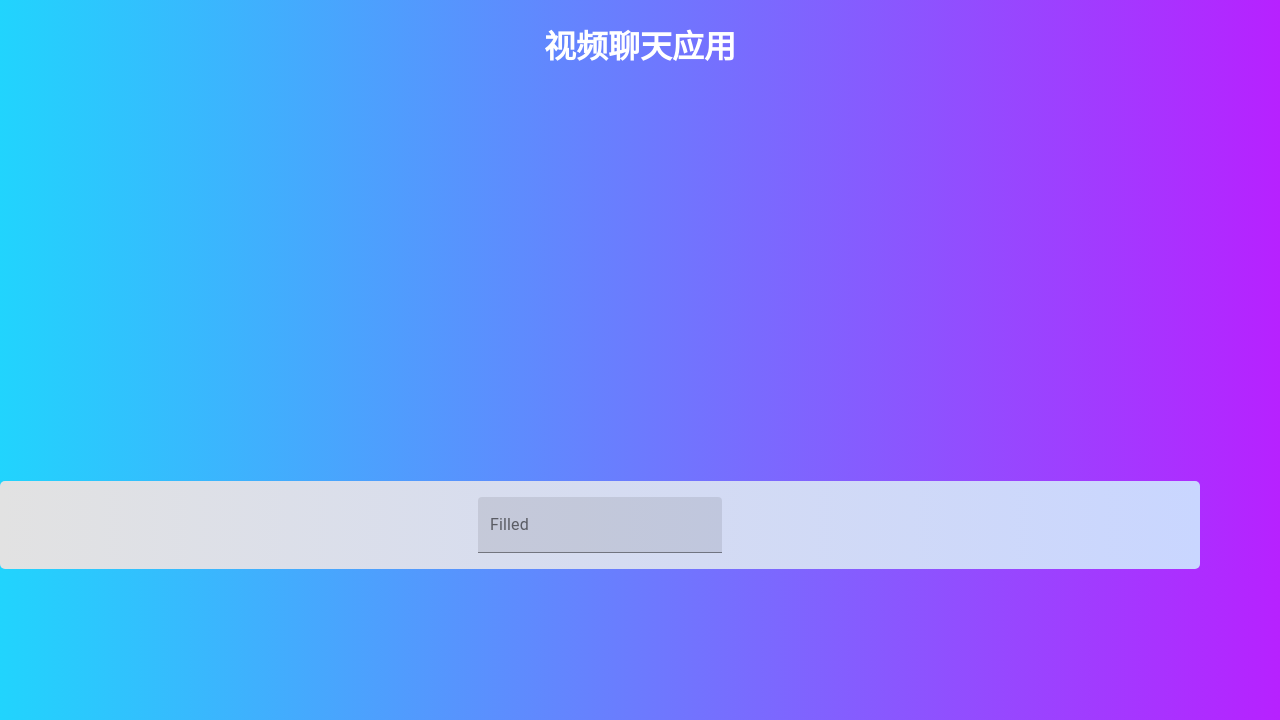
Repository: CodeFreedom-A/webRtc
Page: /
These files come from the project's save history. The page is drawn as it stood at one moment and after the next save; the edit follows.
The browser window is 1280 px wide. The pictures show the whole page.
The page's requests for data from a server got no answer. The project was rebuilt for these pictures with package versions that can differ from the ones it lists, and the page was loaded fresh each time. No one was signed in, and anything a server would have sent is missing.

Above is the page before, as saved 2022-12-21 17:12:07.

### src/App.js
/*
 * @Author: sunheng
 * @Date: 2022-12-21 15:50:22
 * @LastEditors: sunheng
 * @LastEditTime: 2022-12-21 17:12:07
 * @Description: 请填写简介
 */

import Button from "@material-ui/core/Button";
import IconButton from "@material-ui/core/IconButton";
import TextField from "@material-ui/core/TextField";
import AssignmentIcon from "@material-ui/icons/Assignment";
import PhoneIcon from "@material-ui/icons/Phone";
import React, { useEffect, useRef, useState } from "react";
import { CopyToClipboard } from "react-copy-to-clipboard";
import Peer from "simple-peer";
import io from "socket.io-client";
import "./App.css";
// 客户端socket链接
const socket = io.connect("http//localhost:5000");
function App() {
  const [stream, setStream] = useState(null);
  const [name, setName] = useState(null);
  const Myvideo = useRef();
  //
  useEffect(() => {
    navigator.mediaDevices
      .getUserMedia({ video: true, audio: true })
      .then((res) => {
        console.log(res);
        setStream(res);
        Myvideo.current.srcObject = res;
      })
      .catch((err) => {
        console.log("没有摄像头", err);
      });
  }, []);
  return (
    <>
      <h1 style={{ textAlign: "center", color: "#fff" }}>视频聊天应用</h1>
      <div className="container">
        {/* 视频容器 */}
        <div className="video-container">
          <div className="video">
            <video
              playsInline
              muted
              autoPlay
              style={{ width: "500px" }}
              ref={Myvideo}
            ></video>
          </div>
        </div>
      </div>

      <div className="myId">
        <TextField
          id="filled-basic"
          label="Filled"
          variant="filled"
          value={name}
          onChange={(e) => setName(e.target.value)}
        />
      </div>
    </>
  );
}

export default App;

### src/App.css
.container {
  display: grid;
  grid-template-columns: 7fr 3fr;
  margin-top: 10rem;
}


.video-container {
  display: grid;
  grid-template-columns: 1fr 1fr;
  justify-content: center;
  align-content: center;

  margin-left: 10rem;
}


/* 右侧面板 */

.myId {
  margin-right: 5rem;
  border-radius: 5px;
  background: #c9d6ff;
  background: linear-gradient(to right,
      #e2e2e2,
      #c9d6ff);

  padding: 1rem;
  display: grid;
  justify-content: center;
  align-content: center;
}

.call-button {
  text-align: center;
  margin-top: 2rem;
}



.caller {
  text-align: center;
  color: #fff;
}

body {
  background-image: linear-gradient(to right, #21D4FD 0%, #B721FF 100%);

}

Loaded but not shown: public/index.html (common file); src/index.js (common file); src/index.css (common file); src/reportWebVitals.js (common file)

After the next save:
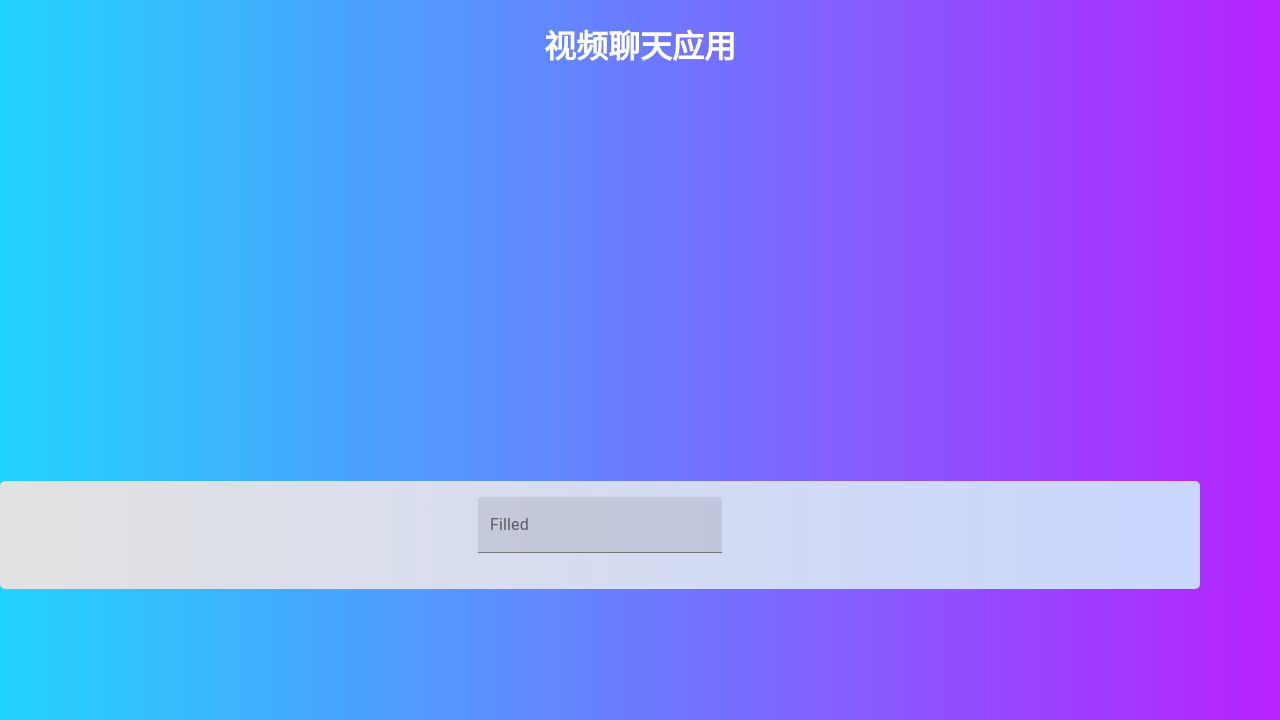
Saved 36 s later.
--- a/src/App.js
+++ b/src/App.js
@@ -59,6 +59,7 @@ function App() {
           label="Filled"
           variant="filled"
           value={name}
+          style={{ marginBottom: "20px" }}
           onChange={(e) => setName(e.target.value)}
         />
       </div>
